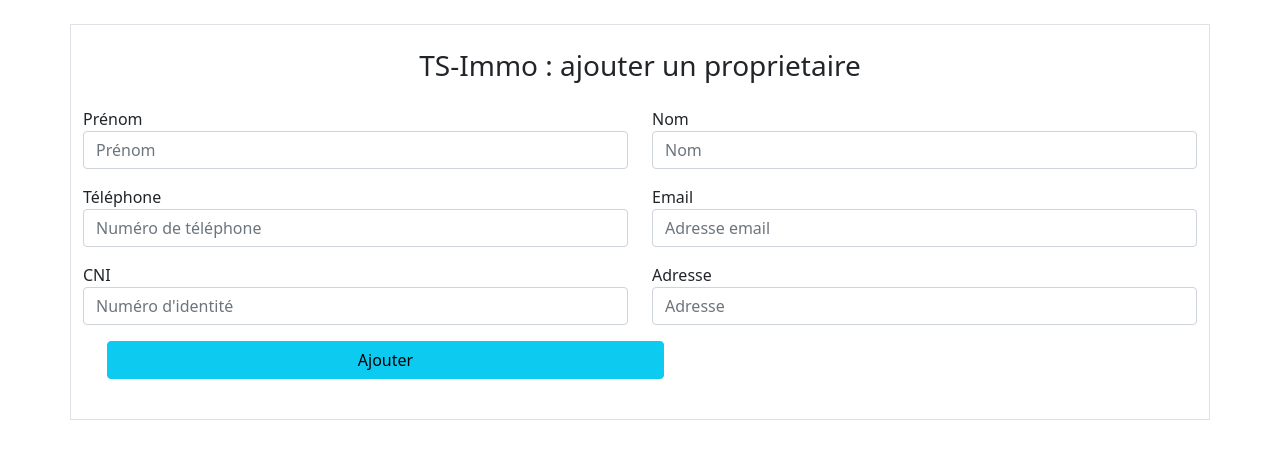
Repository: saliou-t/TS-IMMO
Page: http://localhost/src/views/proprietaire/new.html.php
The author's editor kept a copy of each file at every save. The page is drawn from the files as they stood at one save, then again after the next save.
The browser window is 1280 px wide. The pictures show the whole page.
The page is run by PHP 8.4 with error messages shown; the project is at /var/www/html/.

Above is the page before, as saved 2022-04-03 14:52:47.

### src/views/proprietaire/new.html.php
<!DOCTYPE html>
<html lang="en">
<head>
    <meta charset="UTF-8">
    <meta http-equiv="X-UA-Compatible" content="IE=edge">
    <meta name="viewport" content="width=device-width, initial-scale=1.0">
    <link href="https://cdn.jsdelivr.net/npm/bootstrap@5.1.3/dist/css/bootstrap.min.css" rel="stylesheet" integrity="sha384-1BmE4kWBq78iYhFldvKuhfTAU6auU8tT94WrHftjDbrCEXSU1oBoqyl2QvZ6jIW3" crossorigin="anonymous">
    <title>Ajouter Proprietaire</title>

</head>
<body>

<div class="container jumbotron">
    <div class="row border py-4 my-4">
        <h3 class="text-center ">TS-Immo : ajouter un proprietaire</h3>
        <form action="" methode="POST">
            <div class="row my-3">
                <div class="col">
                    <label for="Prénom">Prénom</label>
                    <input class="form-control" name ="prenom" type="text" placeholder="Prénom">
                </div>
                <div class="col">
                    <label for="nom">Nom</label>
                    <input class="form-control" name="nom" type="text" placeholder="Nom">
                </div>
            </div>
            <div class="row my-3">
                <div class="col">
                    <label for="telephone">Téléphone</label>
                    <input class="form-control" name="telephone" type="text" placeholder="Numéro de téléphone">
                </div>
                <div class="col">
                    <label for="email">Email</label>
                    <input class="form-control" name="email" type="text" placeholder="Adresse email">
                </div>
            </div>
            <div class="row">
                <div class="col">
                    <label for="cni">CNI</label>
                    <input class="form-control" name="CNI" type="text" placeholder="Numéro d'identité">
                </div>
                <div class="col">
                    <label for="adresse">Adresse</label>
                    <input class="form-control" name="adresse" type="text" placeholder="Adresse">
                </div>
            </div>
            <div class="row my-3 justify-content-around">
                <div class="col ">
                    <a class="btn btn-info mx-4 w-50" href="">Ajouter</a>
                </div>
            </div>
        </form>
    </div>
</div>
</body>
</html>

After the next save:
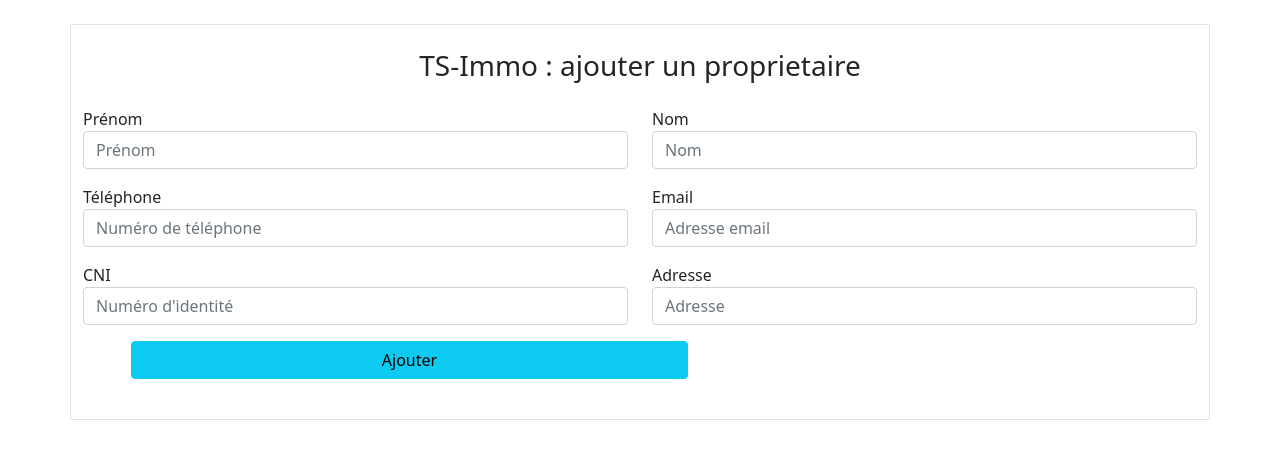
Saved 5 s later.
--- a/src/views/proprietaire/new.html.php
+++ b/src/views/proprietaire/new.html.php
@@ -46,7 +46,7 @@
             </div>
             <div class="row my-3 justify-content-around">
                 <div class="col ">
-                    <a class="btn btn-info mx-4 w-50" href="">Ajouter</a>
+                    <a class="btn btn-info mx-5 w-50" href="">Ajouter</a>
                 </div>
             </div>
         </form>
